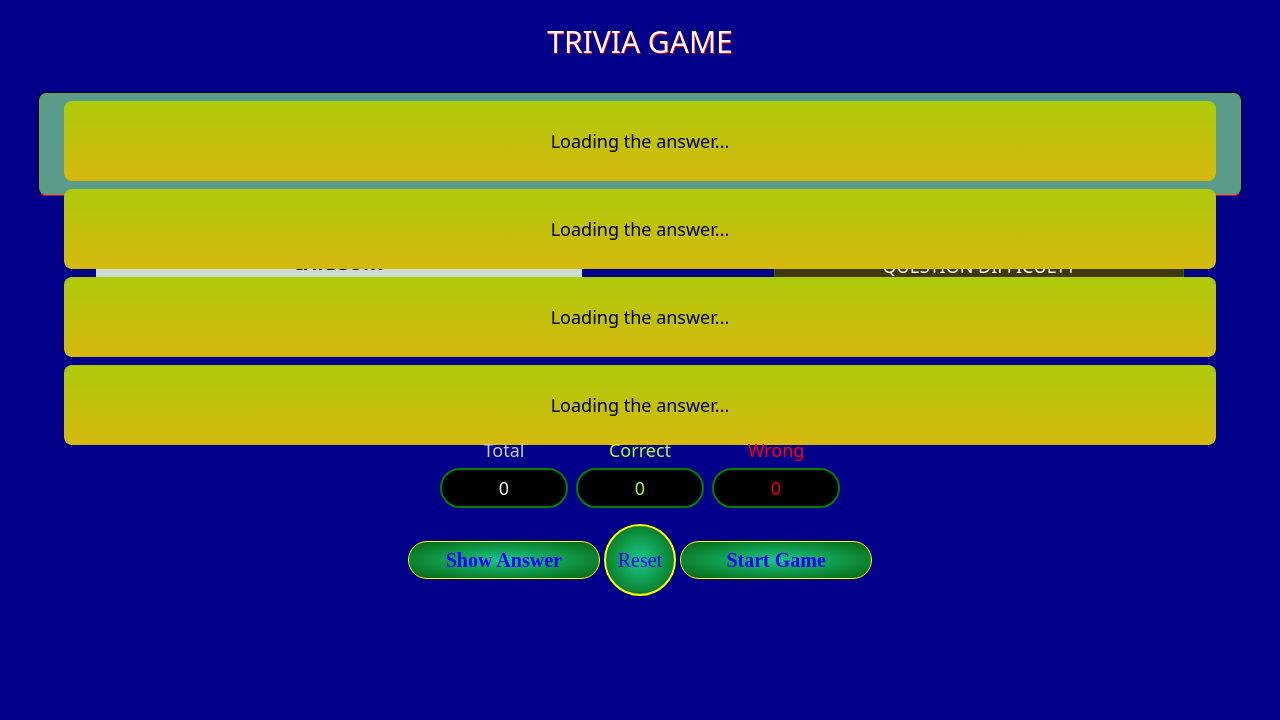
Repository: ShindanoSingi/bembe-trivia
Page: index.html
These files come from the project's save history. The page is drawn as it stood at one moment and after the next save; the edit follows.
The browser window is 1280 px wide. The pictures show the whole page.
Some web libraries are served in a nearby version.

Above is the page before, as saved 2022-09-08 02:40:23.

After the next save:
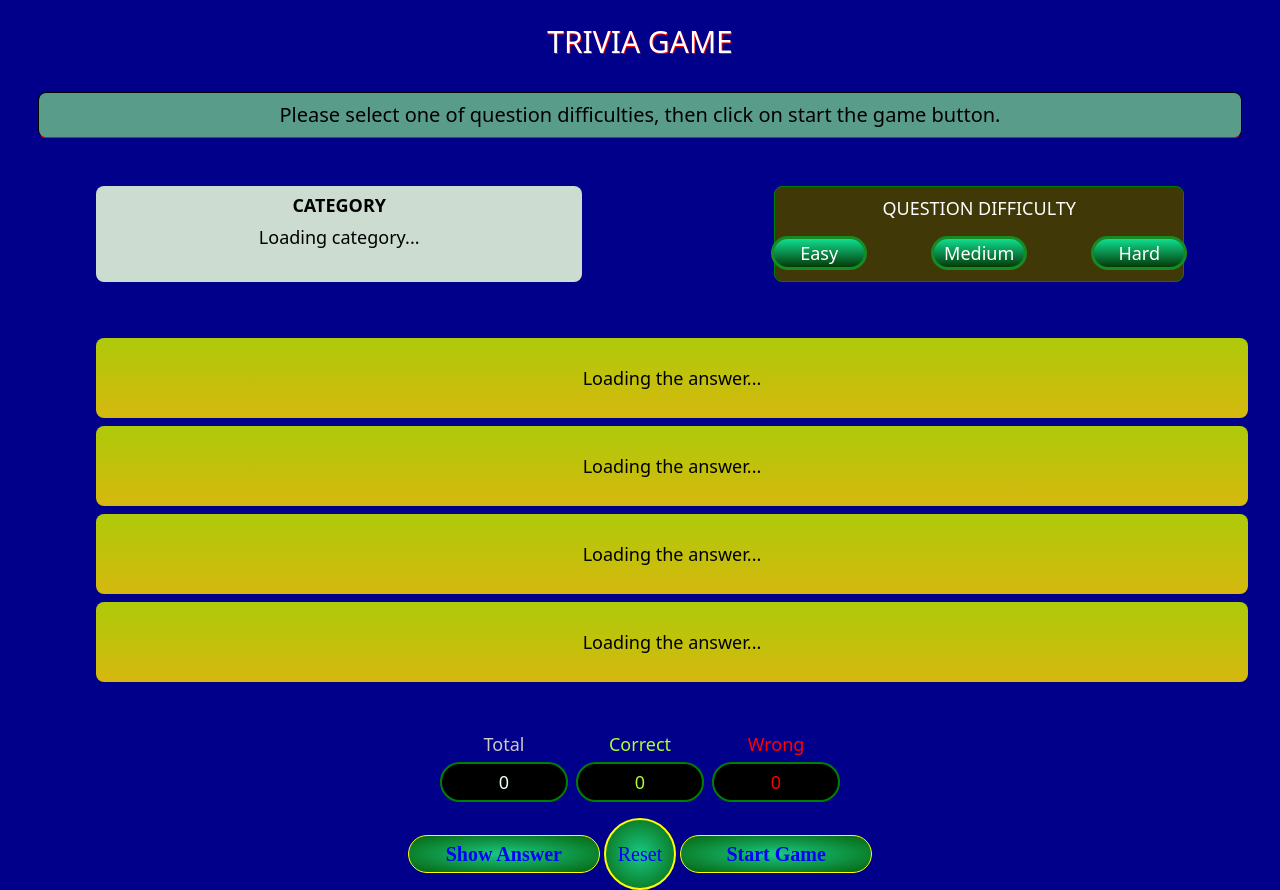
Saved 8 s later.
--- a/index.html
+++ b/index.html
@@ -34,7 +34,7 @@
             </div>
             <div class="imgAndQuestions">
                 <!-- <img class="w-[94vw] h-[25rem] mx-auto" src="pexels-skitterphoto-9198.jpg" alt="nature image"> -->
-                <div class="answersButtons absolute  bottom-[17.2rem] ml-[5vw] flex space-y-2 items-center  flex-col">
+                <div class="answersButtons bottom-[17.2rem] ml-[5vw] flex space-y-2 items-center  flex-col">
                     <button class="showAnswer md:text-lg w-[90vw] p-1 absolute bottom-[17rem] mx-auto text-sm h-[5rem]">Loading the answer...</button>
                     <button class="response md:text-lg w-[90vw] p-1 text-center text-md h-[5rem]" id="response1">Loading the answer...</button>
                     <button class="response md:text-lg w-[90vw] p-1 text-md h-[5rem]" id="response2">Loading the answer...</button>
